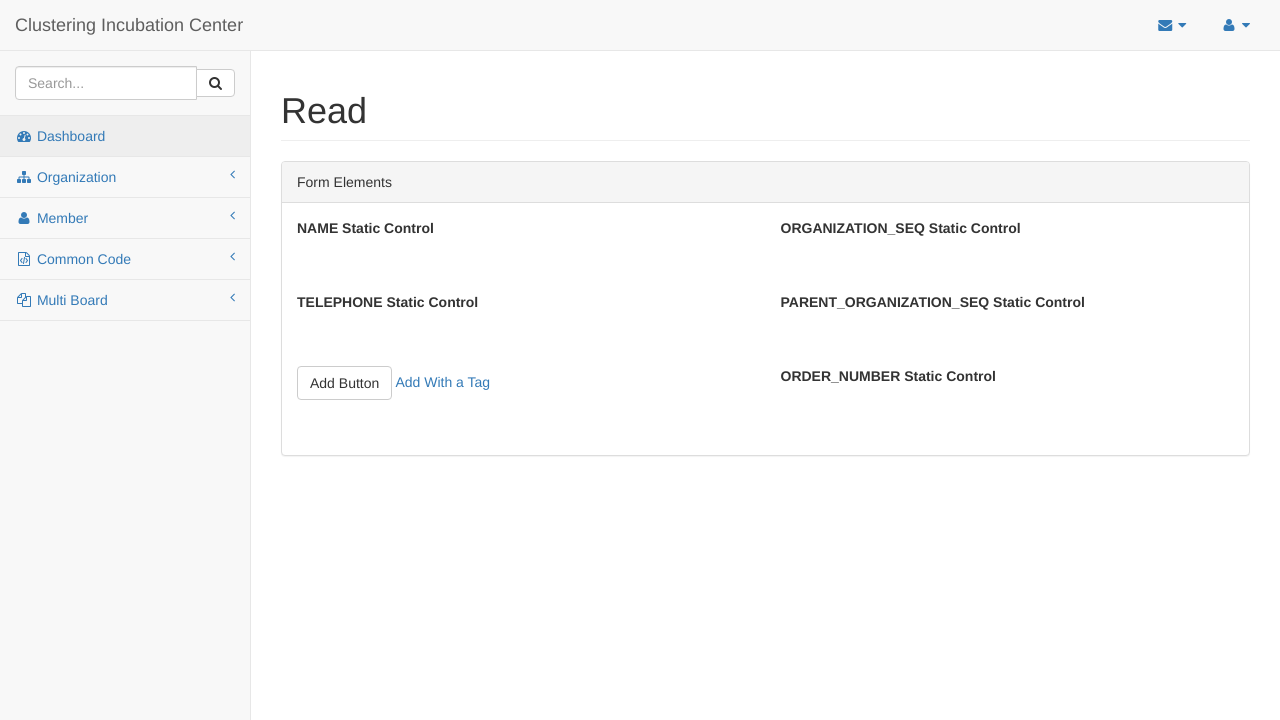
Repository: JakeLEESEUNGJU/SpringTest
Page: http://localhost/CIP_DownloadSource/WEB-INF/views/organization/read.jsp
These files come from the project's save history. The page is drawn as it stood at one moment and after the next save; the edit follows.
The browser window is 1280 px wide. The pictures show the whole page.
The page is served by Tomcat 9. Nobody is signed in. Other server files are loaded and not shown. The template is opened directly, without the code that normally fills it, so the values that code supplies are empty.

Above is the page before, as saved 2018-05-31 05:33:59.

### workspace-sts-3.9.3.RELEASE/CIP_DownloadSource/src/main/webapp/WEB-INF/views/organization/read.jsp
<%@ page language="java" contentType="text/html; charset=UTF-8"
	pageEncoding="UTF-8"%>
<%@ taglib uri="http://java.sun.com/jsp/jstl/core" prefix="c" %>
<%@ taglib uri="http://java.sun.com/jsp/jstl/fmt" prefix="fmt"%>
<!DOCTYPE html PUBLIC "-//W3C//DTD HTML 4.01 Transitional//EN" "http://www.w3.org/TR/html4/loose.dtd">
<html>
<head>
<meta http-equiv="Content-Type" content="text/html; charset=UTF-8">
	<!-- Bootstrap Core CSS -->
	<link type="text/css" href="<c:url value='/resources/css/bootstrap.min.css' />" rel="stylesheet" />

    <!-- MetisMenu CSS -->
	<link type="text/css" href="<c:url value='/resources/css/metisMenu.min.css' />" rel="stylesheet" />

    <!-- Custom CSS -->
	<link type="text/css" href="<c:url value='/resources/css/sb-admin-2.css' />" rel="stylesheet" />

    <!-- Custom Fonts -->
	<link type="text/css" href="<c:url value='/resources/css/font-awesome.css' />" rel="stylesheet" />

    <!-- Social Buttons CSS -->
	<link type="text/css" href="<c:url value='/resources/css/bootstrap-social.css' />" rel="stylesheet" />

	<!-- jQuery -->
	<script type="text/javascript" src="<c:url value='/resources/js/jquery.min.js' />"></script>

    <!-- Bootstrap Core JavaScript -->
	<script type="text/javascript" src="<c:url value='/resources/js/bootstrap.min.js' />"></script>

    <!-- Metis Menu Plugin JavaScript -->
	<script type="text/javascript" src="<c:url value='/resources/js/metisMenu.min.js' />"></script>

    <!-- Custom Theme JavaScript -->
	<script type="text/javascript" src="<c:url value='/resources/js/sb-admin-2.js' />"></script>


</head>
<body>
    <div id="wrapper">

        <!-- Navigation -->
        <nav class="navbar navbar-default navbar-static-top" role="navigation" style="margin-bottom: 0">
            <div class="navbar-header">
                <button type="button" class="navbar-toggle" data-toggle="collapse" data-target=".navbar-collapse">
                    <span class="sr-only">Toggle navigation</span>
                    <span class="icon-bar"></span>
                    <span class="icon-bar"></span>
                    <span class="icon-bar"></span>
                </button>
                <a class="navbar-brand" href="/">Clustering Incubation Center</a>
            </div>
            <!-- /.navbar-header -->

            <ul class="nav navbar-top-links navbar-right">
                <li class="dropdown">
                    <a class="dropdown-toggle" data-toggle="dropdown" href="#">
                        <i class="fa fa-envelope fa-fw"></i>  <i class="fa fa-caret-down"></i>
                    </a>
                    <ul class="dropdown-menu dropdown-user">
                        <li><a href="#"><i class="fa fa-sign-in fa-fw"></i> Single Mailing</a>
                        </li>
                        <li><a href="#"><i class="fa fa-random fa-fw"></i> Double Mailing</a>
                        </li>
                    </ul>
                    <!-- /.dropdown-messages -->
                </li>
                <!-- /.dropdown -->

                <li class="dropdown">
                    <a class="dropdown-toggle" data-toggle="dropdown" href="#">
                        <i class="fa fa-user fa-fw"></i>  <i class="fa fa-caret-down"></i>
                    </a>
                    <ul class="dropdown-menu dropdown-user">
                        <li><a href="#"><i class="fa fa-user fa-fw"></i> User Profile</a>
                        </li>
                        <li><a href="#"><i class="fa fa-gear fa-fw"></i> Settings</a>
                        </li>
                        <li class="divider"></li>
                        <li><a href="/login"><i class="fa fa-sign-out fa-fw"></i> Logout</a>
                        </li>
                    </ul>
                    <!-- /.dropdown-user -->
                </li>
                <!-- /.dropdown -->
            </ul>
            <!-- /.navbar-top-links -->

            <div class="navbar-default sidebar" role="navigation">
                <div class="sidebar-nav navbar-collapse">
                    <ul class="nav" id="side-menu">
                        <li class="sidebar-search">
                            <div class="input-group custom-search-form">
                                <input type="text" class="form-control" placeholder="Search...">
                                <span class="input-group-btn">
                                <button class="btn btn-default" type="button">
                                    <i class="fa fa-search"></i>
                                </button>
                            </span>
                            </div>
                            <!-- /input-group -->
                        </li>
                        <li>
                            <a href="/"><i class="fa fa-dashboard fa-fw"></i> Dashboard</a>
                        </li>
                        <li>
                            <a href="#"><i class="fa fa-sitemap fa-fw"></i> Organization<span class="fa arrow"></span></a>
                            <ul class="nav nav-second-level">
                                <li>
                                    <a href="/organization/list">Organization List</a>
                                </li>
                                <li>
                                    <a href="/organization/edit">Organization Edit</a>
                                </li>
                            </ul>
                            <!-- /.nav-second-level -->
                        </li>
                        <li>
                            <a href="#"><i class="fa fa-user fa-fw"></i> Member<span class="fa arrow"></span></a>
                            <ul class="nav nav-second-level">
                                <li>
                                    <a href="/member/list">Member List</a>
                                </li>
                                <li>
                                    <a href="/member/edit">Member Edit</a>
                                </li>
                            </ul>
                            <!-- /.nav-second-level -->
                        </li>
                        <li>
                            <a href="#"><i class="fa fa-file-code-o fa-fw"></i> Common Code<span class="fa arrow"></span></a>
                            <ul class="nav nav-second-level">
                                <li>
                                    <a href="/commonCode/list">Common Code List</a>
                                </li>
                                <li>
                                    <a href="/commonCode/edit">Common Code Edit</a>
                                </li>
                            </ul>
                            <!-- /.nav-second-level -->
                        </li>
                        <li>
                            <a href="#"><i class="fa fa-files-o fa-fw"></i> Multi Board<span class="fa arrow"></span></a>
                            <ul class="nav nav-second-level">
                                <li>
                                    <a href="#">Board List</a>
                                </li>
                                <li>
                                    <a href="#">Board Edit</a>
                                </li>
                                <li>
                                    <a href="#">Board Manager <span class="fa arrow"></span></a>
                                    <ul class="nav nav-third-level">
                                        <li>
                                            <a href="#">Manager List</a>
                                        </li>
                                        <li>
                                            <a href="#">Manager Edit</a>
                                        </li>
                                    </ul>
                                    <!-- /.nav-third-level -->
                                </li>
                            </ul>
                            <!-- /.nav-second-level -->
                        </li>
                    </ul>
                </div>
                <!-- /.sidebar-collapse -->
            </div>
            <!-- /.navbar-static-side -->
        </nav>

        <div id="page-wrapper">
            <div class="row">
                <div class="col-lg-12">
                    <h1 class="page-header">Read</h1>
                </div>
                <!-- /.col-lg-12 -->
            </div>
            <!-- /.row -->
            <div class="row">
                <div class="col-lg-12">
                    <div class="panel panel-default">
                        <div class="panel-heading">
                            Form Elements
                        </div>
                        <div class="panel-body">
                            <div class="row">
                                <div class="col-lg-6">
                                    <form role="form" method="GET" action="/organization/edit">
	                                    <div class="form-group">
											<label>NAME Static Control</label>
											<p class="form-control-static"></p>
	                                    </div>
                                        <div class="form-group">
											<label>TELEPHONE Static Control</label>
											<p class="form-control-static"></p>
                                        </div>
                                        <button type="submit" class="btn btn-default">Add Button</button>
										<a href="/organization/edit">Add With a Tag</a>
                                    </form>
                                </div>
                                <!-- /.col-lg-6 (nested) -->
                                <div class="col-lg-6">
                                    <div class="form-group">
										<label>ORGANIZATION_SEQ Static Control</label>
										<p class="form-control-static"></p>
                                    </div>
                                    <div class="form-group">
										<label>PARENT_ORGANIZATION_SEQ Static Control</label>
										<p class="form-control-static"></p>
                                    </div>
                                    <div class="form-group">
										<label>ORDER_NUMBER Static Control</label>
										<p class="form-control-static"></p>
                                    </div>
                                </div>
                                <!-- /.col-lg-6 (nested) -->
                            </div>
                            <!-- /.row (nested) -->
                        </div>
                        <!-- /.panel-body -->
                    </div>
                    <!-- /.panel -->
                </div>
                <!-- /.col-lg-12 -->
            </div>
            <!-- /.row -->
        </div>
        <!-- /#page-wrapper -->

    </div>
    <!-- /#wrapper -->
</body>
</html>

### workspace-sts-3.9.3.RELEASE/CIP_DownloadSource/src/main/webapp/resources/css/sb-admin-2.css
/*!
 * Start Bootstrap - SB Admin 2 Bootstrap Admin Theme (http://startbootstrap.com)
 * Code licensed under the Apache License v2.0.
 * For details, see http://www.apache.org/licenses/LICENSE-2.0.
 */

body {
    background-color: #f8f8f8;
}

#wrapper {
    width: 100%;
}

#page-wrapper {
    padding: 0 15px;
    min-height: 568px;
    background-color: #fff;
}

@media(min-width:768px) {
    #page-wrapper {
        position: inherit;
        margin: 0 0 0 250px;
        padding: 0 30px;
        border-left: 1px solid #e7e7e7;
    }
}

.navbar-top-links {
    margin-right: 0;
}

.navbar-top-links li {
    display: inline-block;
}

.navbar-top-links li:last-child {
    margin-right: 15px;
}

.navbar-top-links li a {
    padding: 15px;
    min-height: 50px;
}

.navbar-top-links .dropdown-menu li {
    display: block;
}

.navbar-top-links .dropdown-menu li:last-child {
    margin-right: 0;
}

.navbar-top-links .dropdown-menu li a {
    padding: 3px 20px;
    min-height: 0;
}

.navbar-top-links .dropdown-menu li a div {
    white-space: normal;
}

.navbar-top-links .dropdown-messages,
.navbar-top-links .dropdown-tasks,
.navbar-top-links .dropdown-alerts {
    width: 310px;
    min-width: 0;
}

.navbar-top-links .dropdown-messages {
    margin-left: 5px;
}

.navbar-top-links .dropdown-tasks {
    margin-left: -59px;
}

.navbar-top-links .dropdown-alerts {
    margin-left: -123px;
}

.navbar-top-links .dropdown-user {
    right: 0;
    left: auto;
}

.sidebar .sidebar-nav.navbar-collapse {
    padding-right: 0;
    padding-left: 0;
}

.sidebar .sidebar-search {
    padding: 15px;
}

.sidebar ul li {
    border-bottom: 1px solid #e7e7e7;
}

.sidebar ul li a.active {
    background-color: #eee;
}

.sidebar .arrow {
    float: right;
}

.sidebar .fa.arrow:before {
    content: "\f104";
}

.sidebar .active>a>.fa.arrow:before {
    content: "\f107";
}

.sidebar .nav-second-level li,
.sidebar .nav-third-level li {
    border-bottom: 0!important;
}

.sidebar .nav-second-level li a {
    padding-left: 37px;
}

.sidebar .nav-third-level li a {
    padding-left: 52px;
}

@media(min-width:768px) {
    .sidebar {
        z-index: 1;
        position: absolute;
        width: 250px;
        margin-top: 51px;
    }

    .navbar-top-links .dropdown-messages,
    .navbar-top-links .dropdown-tasks,
    .navbar-top-links .dropdown-alerts {
        margin-left: auto;
    }
}

.btn-outline {
    color: inherit;
    background-color: transparent;
    transition: all .5s;
}

.btn-primary.btn-outline {
    color: #428bca;
}

.btn-success.btn-outline {
    color: #5cb85c;
}

.btn-info.btn-outline {
    color: #5bc0de;
}

.btn-warning.btn-outline {
    color: #f0ad4e;
}

.btn-danger.btn-outline {
    color: #d9534f;
}

.btn-primary.btn-outline:hover,
.btn-success.btn-outline:hover,
.btn-info.btn-outline:hover,
.btn-warning.btn-outline:hover,
.btn-danger.btn-outline:hover {
    color: #fff;
}

.chat {
    margin: 0;
    padding: 0;
    list-style: none;
}

.chat li {
    margin-bottom: 10px;
    padding-bottom: 5px;
    border-bottom: 1px dotted #999;
}

.chat li.left .chat-body {
    margin-left: 60px;
}

.chat li.right .chat-body {
    margin-right: 60px;
}

.chat li .chat-body p {
    margin: 0;
}

.panel .slidedown .glyphicon,
.chat .glyphicon {
    margin-right: 5px;
}

.chat-panel .panel-body {
    height: 350px;
    overflow-y: scroll;
}

.login-panel {
    margin-top: 25%;
}

.flot-chart {
    display: block;
    height: 400px;
}

.flot-chart-content {
    width: 100%;
    height: 100%;
}

.dataTables_wrapper {
    position: relative;
    clear: both;
}

table.dataTable thead .sorting,
table.dataTable thead .sorting_asc,
table.dataTable thead .sorting_desc,
table.dataTable thead .sorting_asc_disabled,
table.dataTable thead .sorting_desc_disabled {
    background: 0 0;
}

table.dataTable thead .sorting_asc:after {
    content: "\f0de";
    float: right;
    font-family: fontawesome;
}

table.dataTable thead .sorting_desc:after {
    content: "\f0dd";
    float: right;
    font-family: fontawesome;
}

table.dataTable thead .sorting:after {
    content: "\f0dc";
    float: right;
    font-family: fontawesome;
    color: rgba(50,50,50,.5);
}

.btn-circle {
    width: 30px;
    height: 30px;
    padding: 6px 0;
    border-radius: 15px;
    text-align: center;
    font-size: 12px;
    line-height: 1.428571429;
}

.btn-circle.btn-lg {
    width: 50px;
    height: 50px;
    padding: 10px 16px;
    border-radius: 25px;
    font-size: 18px;
    line-height: 1.33;
}

.btn-circle.btn-xl {
    width: 70px;
    height: 70px;
    padding: 10px 16px;
    border-radius: 35px;
    font-size: 24px;
    line-height: 1.33;
}

.show-grid [class^=col-] {
    padding-top: 10px;
    padding-bottom: 10px;
    border: 1px solid #ddd;
    background-color: #eee!important;
}

.show-grid {
    margin: 15px 0;
}

.huge {
    font-size: 40px;
}

.panel-green {
    border-color: #5cb85c;
}

.panel-green .panel-heading {
    border-color: #5cb85c;
    color: #fff;
    background-color: #5cb85c;
}

.panel-green a {
    color: #5cb85c;
}

.panel-green a:hover {
    color: #3d8b3d;
}

.panel-red {
    border-color: #d9534f;
}

.panel-red .panel-heading {
    border-color: #d9534f;
    color: #fff;
    background-color: #d9534f;
}

.panel-red a {
    color: #d9534f;
}

.panel-red a:hover {
    color: #b52b27;
}

.panel-yellow {
    border-color: #f0ad4e;
}

.panel-yellow .panel-heading {
    border-color: #f0ad4e;
    color: #fff;
    background-color: #f0ad4e;
}

.panel-yellow a {
    color: #f0ad4e;
}

.panel-yellow a:hover {
    color: #df8a13;
}

### workspace-sts-3.9.3.RELEASE/CIP_DownloadSource/src/main/webapp/resources/js/sb-admin-2.js
$(function() {

    $('#side-menu').metisMenu();

});

//Loads the correct sidebar on window load,
//collapses the sidebar on window resize.
// Sets the min-height of #page-wrapper to window size
$(function() {
    $(window).bind("load resize", function() {
        topOffset = 50;
        width = (this.window.innerWidth > 0) ? this.window.innerWidth : this.screen.width;
        if (width < 768) {
            $('div.navbar-collapse').addClass('collapse');
            topOffset = 100; // 2-row-menu
        } else {
            $('div.navbar-collapse').removeClass('collapse');
        }

        height = ((this.window.innerHeight > 0) ? this.window.innerHeight : this.screen.height) - 1;
        height = height - topOffset;
        if (height < 1) height = 1;
        if (height > topOffset) {
            $("#page-wrapper").css("min-height", (height) + "px");
        }
    });

    var url = window.location;
    var element = $('ul.nav a').filter(function() {
        return this.href == url || url.href.indexOf(this.href) == 0;
    }).addClass('active').parent().parent().addClass('in').parent();
    if (element.is('li')) {
        element.addClass('active');
    }
});

Loaded but not shown: workspace-sts-3.9.3.RELEASE/CIP_DownloadSource/src/main/webapp/resources/css/bootstrap.min.css (library); workspace-sts-3.9.3.RELEASE/CIP_DownloadSource/src/main/webapp/resources/css/metisMenu.min.css (common file); workspace-sts-3.9.3.RELEASE/CIP_DownloadSource/src/main/webapp/resources/css/font-awesome.css (library); workspace-sts-3.9.3.RELEASE/CIP_DownloadSource/src/main/webapp/resources/css/bootstrap-social.css (library); workspace-sts-3.9.3.RELEASE/CIP_DownloadSource/src/main/webapp/resources/js/jquery.min.js (library); workspace-sts-3.9.3.RELEASE/CIP_DownloadSource/src/main/webapp/resources/js/bootstrap.min.js (library); workspace-sts-3.9.3.RELEASE/CIP_DownloadSource/src/main/webapp/resources/js/metisMenu.min.js (common file)

After the next save:
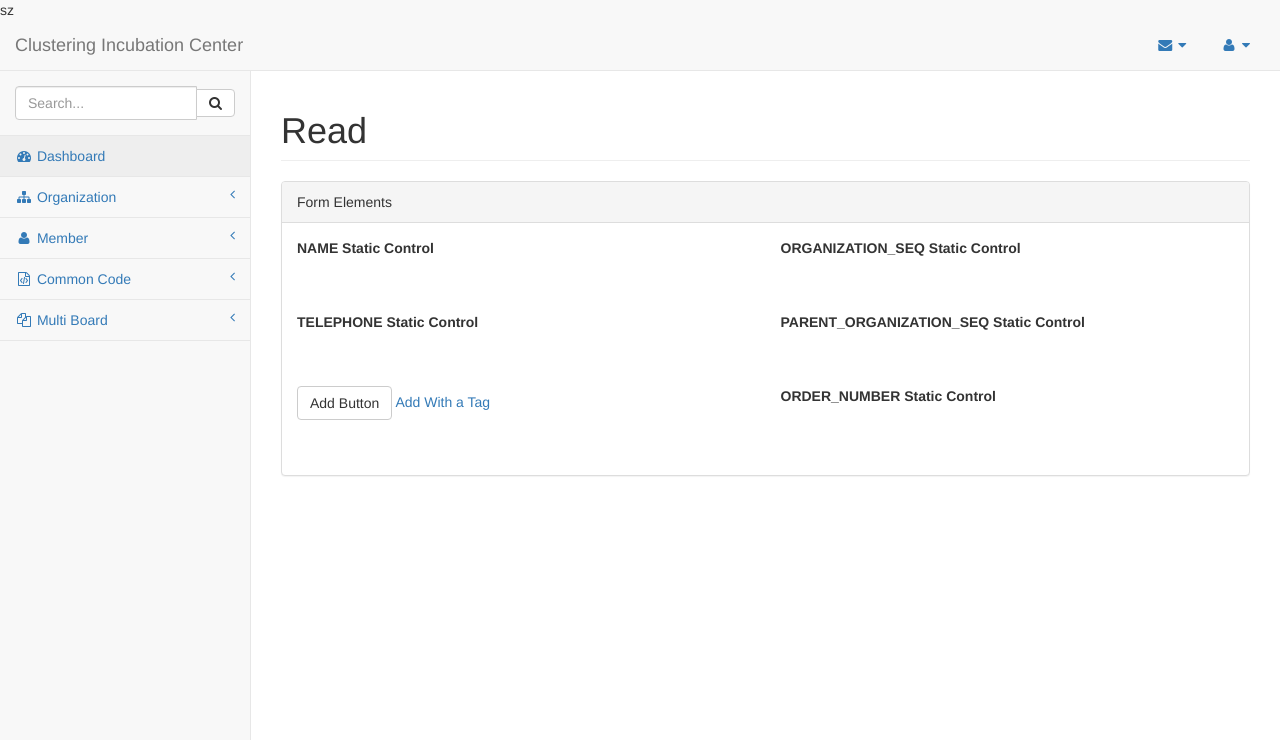
Saved 2 min 7 s later.
--- a/workspace-sts-3.9.3.RELEASE/CIP_DownloadSource/src/main/webapp/WEB-INF/views/organization/read.jsp
+++ b/workspace-sts-3.9.3.RELEASE/CIP_DownloadSource/src/main/webapp/WEB-INF/views/organization/read.jsp
@@ -2,6 +2,7 @@
 	pageEncoding="UTF-8"%>
 <%@ taglib uri="http://java.sun.com/jsp/jstl/core" prefix="c" %>
 <%@ taglib uri="http://java.sun.com/jsp/jstl/fmt" prefix="fmt"%>
+sz
 <!DOCTYPE html PUBLIC "-//W3C//DTD HTML 4.01 Transitional//EN" "http://www.w3.org/TR/html4/loose.dtd">
 <html>
 <head>
